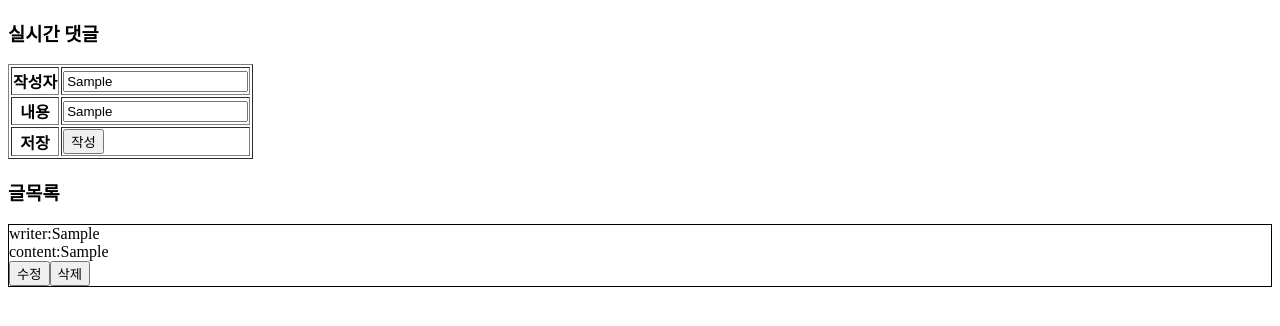
Repository: rmsudrmsud/SourceTree
Page: html/src/main/webapp/j3/board.html
These files come from the project's save history. The page is drawn as it stood at one moment and after the next save; the edit follows.
The browser window is 1280 px wide. The pictures show the whole page.
Empty fields were first filled with sample values (such as "Sample", 5 or name@example.com).
After loading, the first visible `input[onclick="addBoard()"]` was clicked once.

Above is the page before, as saved 2022-11-23 02:25:11.

After the next save:
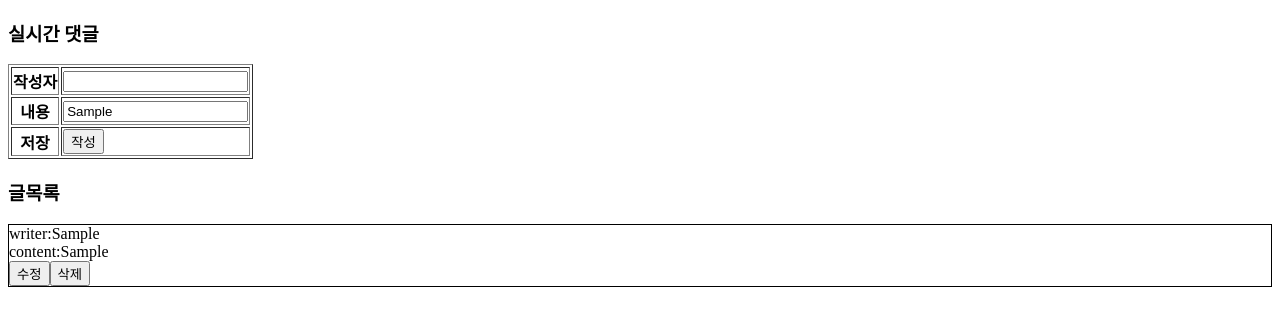
Console error: ReferenceError: ddForm is not defined
Saved 62 s later.
--- a/html/src/main/webapp/j3/board.html
+++ b/html/src/main/webapp/j3/board.html
@@ -20,7 +20,8 @@
 	txt += "<input type='button' value='삭제'>";
 	newEl.innerHTML = txt;
 	listDiv.appendChild(newEl);
-
+	addForm.writer.value = "";
+	ddForm.content.value = "";
 }
 </script>
 </head>
